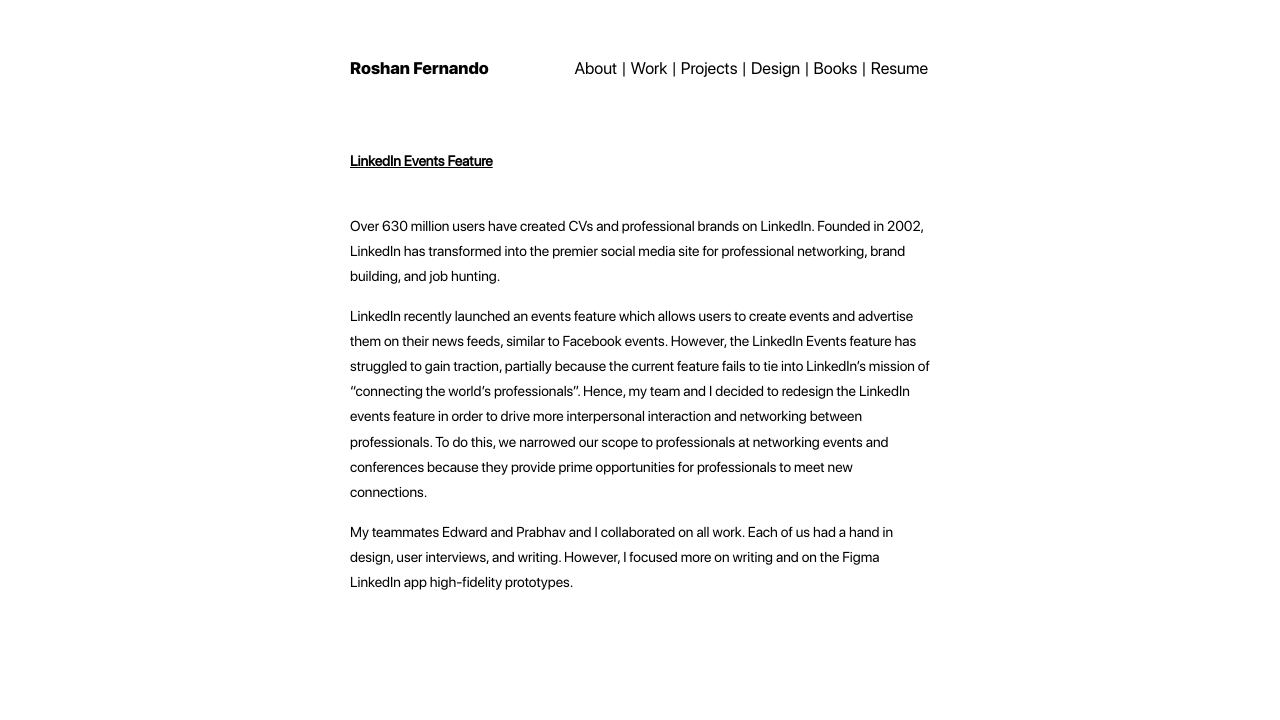
Repository: rdf004/rdf004.github.io
Page: /case1
These files come from the project's save history. The page is drawn as it stood at one moment and after the next save; the edit follows.
The browser window is 1280 px wide. The pictures show the whole page.
The project was rebuilt for these pictures with package versions that can differ from the ones it lists, and the page was loaded fresh each time. Also part of the build but not shown: src/Components/About.js, src/Components/Work.js, src/Components/Projects.js, src/Components/Design.js, src/Components/Books.js, src/Components/Resume.js.

Above is the page before, as saved 2019-11-20 20:57:46.

After the next save:
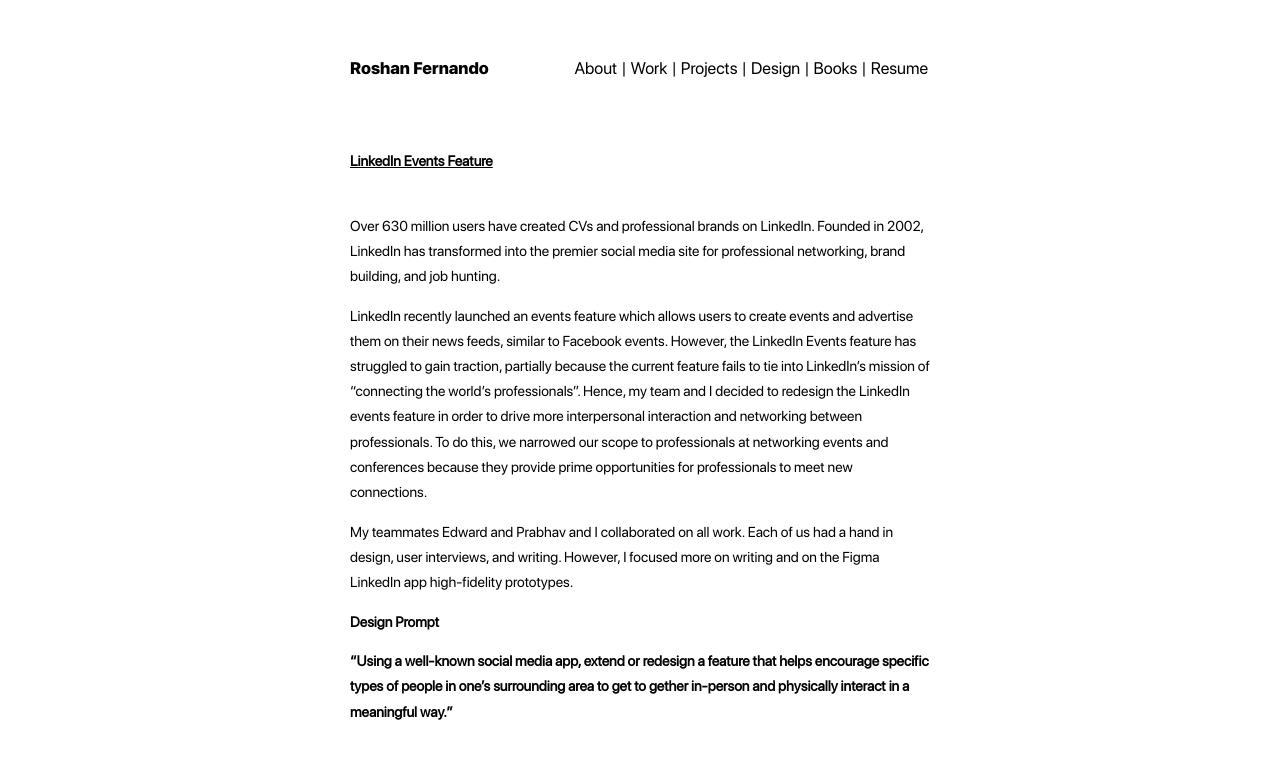
Saved 85 s later.
--- a/src/Components/Case1.js
+++ b/src/Components/Case1.js
@@ -16,6 +16,8 @@
                     <p>Over 630 million users have created CVs and professional brands on LinkedIn. Founded in 2002, LinkedIn has transformed into the premier social media site for professional networking, brand building, and job hunting.</p>
                     <p>LinkedIn recently launched an events feature which allows users to create events and advertise them on their news feeds, similar to Facebook events. However, the LinkedIn Events feature has struggled to gain traction, partially because the current feature fails to tie into LinkedIn’s mission of “connecting the world’s professionals”. Hence, my team and I decided to redesign the LinkedIn events feature in order to drive more interpersonal interaction and networking between professionals. To do this, we narrowed our scope to professionals at networking events and conferences because they provide prime opportunities for professionals to meet new connections.</p>
                     <p>My teammates Edward and Prabhav and I collaborated on all work. Each of us had a hand in design, user interviews, and writing. However, I focused more on writing and on the Figma LinkedIn app high-fidelity prototypes.</p>
+                    <b>Design Prompt</b>
+                    <p><b>“Using a well-known social media app, extend or redesign a feature that helps encourage specific types of people in one’s surrounding area to get to gether in-person and physically interact in a meaningful way.”</b></p>
                 </p>
             </div>
 
